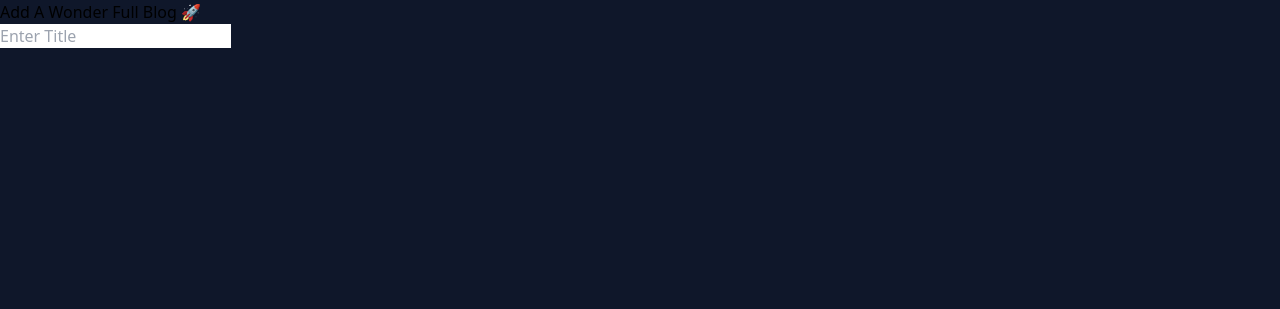
Repository: bittu-Patel/c-r-u-d.nextjs
Page: /blog/add
The author's editor kept a copy of each file at every save. The page is drawn from the files as they stood at one save, then again after a run of saves.
The browser window is 1280 px wide. The pictures show the whole page.
The project was rebuilt for these pictures with package versions that can differ from the ones it lists, and the page was loaded fresh each time. The framework's server and built-in components were replaced by stand-ins that run in the browser. Also part of the build but not shown: next.config.js.

Above is the page before, as saved 2023-09-18 15:01:45.

### app/blog/add/page.tsx
"use client";

import { Fragment } from "react";
import { Toaster } from "react-hot-toast";

const AddBlog = () => {
    return (
        <Fragment>
        <Toaster />
           <div className="w-full m-auto flex my-4">
            <div className="flex flex-col justify-center items-center m-auto">
                <p className="text-2xl text-slate-200 font-bold p-3">Add A Wonder Full Blog 🚀</p>
                <form>
                    <input placeholder="Enter Title" type="text" className="rounded-md px-4 py-2 my-2" />

                </form>
            </div>
           </div>
        </Fragment>
    );
};

export default AddBlog;

### app/globals.css
@tailwind base;
@tailwind components;
@tailwind utilities;

@layer base {
  body {
    @apply bg-slate-900;
  }
}

Loaded but not shown: app/layout.tsx (common file)

After the next 2 saves:
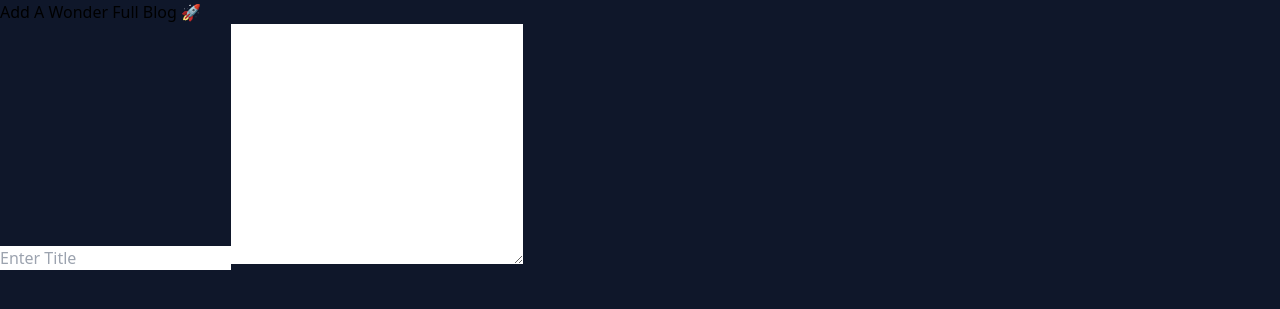
The 2 saves are shown as one change because they came seconds apart.
The last was saved 10 s later.
--- a/app/blog/add/page.tsx
+++ b/app/blog/add/page.tsx
@@ -12,7 +12,7 @@ const AddBlog = () => {
                 <p className="text-2xl text-slate-200 font-bold p-3">Add A Wonder Full Blog 🚀</p>
                 <form>
                     <input placeholder="Enter Title" type="text" className="rounded-md px-4 py-2 my-2" />
-
+                    <textarea name="" id="" cols="30" rows="10"></textarea>
                 </form>
             </div>
            </div>
